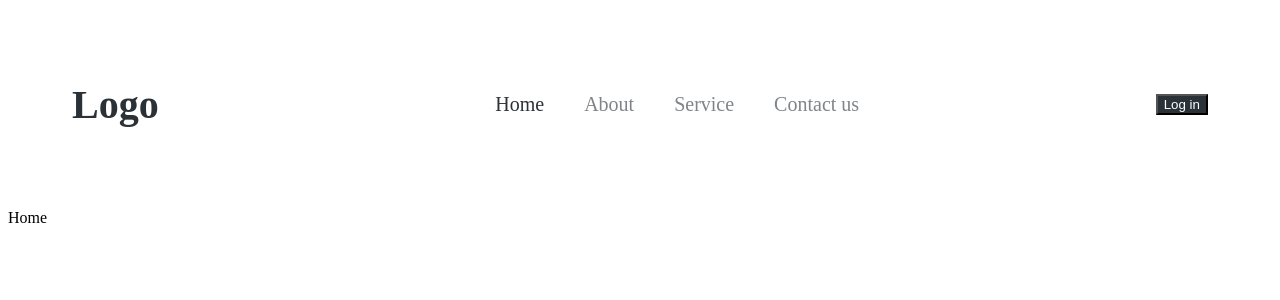
Repository: rehamtaher10/thirdReactTask
Page: /
These files come from the project's save history. The page is drawn as it stood at one moment and after a run of saves; the edit follows.
The browser window is 1280 px wide. The pictures show the whole page.
The project was rebuilt for these pictures with package versions that can differ from the ones it lists, and the page was loaded fresh each time. Also part of the build but not shown: vite.config.js, src/components/AboutPage/About.jsx, src/components/ContactUsPage/ContactUs.jsx, src/components/ServicePage/Service.jsx.

Above is the page before, as saved 2024-11-27 22:16:37.

After the next 3 saves:
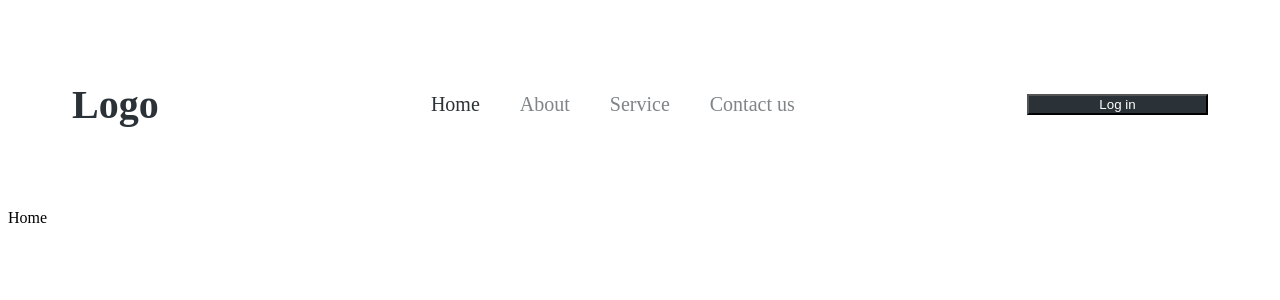
The 3 saves are shown as one change because they came seconds apart.
The last was saved 12 s later.
--- a/src/style/navBar.css
+++ b/src/style/navBar.css
@@ -27,5 +27,5 @@
 .navbar button{
     background-color: #2A3238;
     color: white;
-    width: ;
+    width: 181px;
 }
